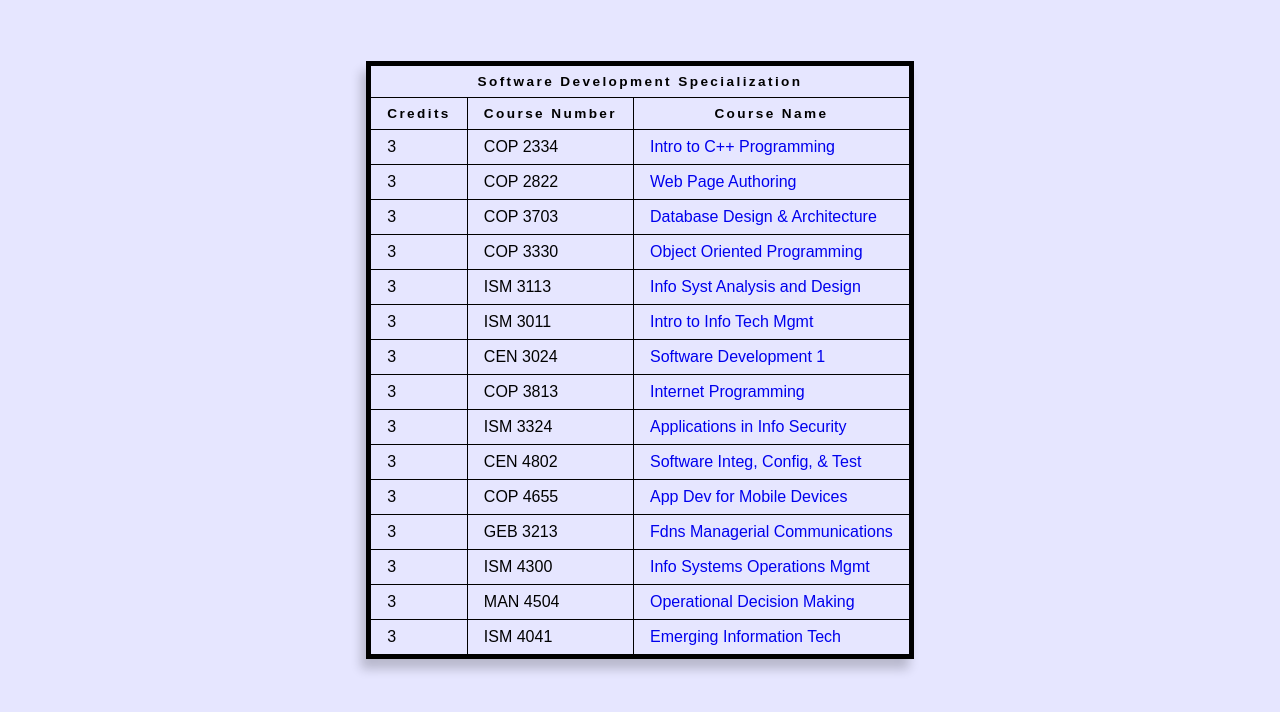
Repository: mlmEFSC21/P5-DegreeTableStyling
Page: FormattedProgramSpecialization3.html
An editor plug-in stored every save of this project. The page is shown before and after the next save, followed by the edit.
The browser window is 1280 px wide. The pictures show the whole page.
Some web fonts or font styles are not loaded; a fallback is used.

Above is the page before, as saved 2022-02-07 15:38:39.

### FormattedProgramSpecialization3.html
<!DOCTYPE html>
<html lang="en">
    <head>
        <meta charset="UTF-8" />
        <meta http-equiv="X-UA-Compatible" content="IE=edge" />
        <meta name="viewport" content="width=device-width, initial-scale=1.0" />
        <link rel="stylesheet" href="tableStyles.css" />
        <title>Degree Specialization Table</title>
    </head>
    <body>
        <table>
            <thead>
                <tr class="tableTitle">
                    <th colspan="3">Software Development Specialization</th>
                </tr>
                <tr class="colTitles">
                    <th>Credits</th>
                    <th>Course Number</th>
                    <th>Course Name</th>
                </tr>
            </thead>
            <tbody>
                <tr>
                    <td>3</td>
                    <td>COP 2334</td>
                    <td>
                        <a
                            href="https://bannerweb.easternflorida.edu/prod/bwckctlg.p_disp_course_detail?cat_term_in=202210&subj_code_in=COP&crse_numb_in=2334"
                            >Intro to C++ Programming</a
                        >
                    </td>
                </tr>
                <tr>
                    <td>3</td>
                    <td>COP 2822</td>
                    <td>
                        <a
                            href="https://bannerweb.easternflorida.edu/prod/bwckctlg.p_disp_course_detail?cat_term_in=202210&subj_code_in=COP&crse_numb_in=2822"
                            >Web Page Authoring</a
                        >
                    </td>
                </tr>
                <tr>
                    <td>3</td>
                    <td>COP 3703</td>
                    <td>
                        <a
                            href="https://bannerweb.easternflorida.edu/prod/bwckctlg.p_disp_course_detail?cat_term_in=202210&subj_code_in=COP&crse_numb_in=3703"
                            >Database Design & Architecture</a
                        >
                    </td>
                </tr>
                <tr>
                    <td>3</td>
                    <td>COP 3330</td>
                    <td>
                        <a
                            href="https://bannerweb.easternflorida.edu/prod/bwckctlg.p_disp_course_detail?cat_term_in=202210&subj_code_in=COP&crse_numb_in=3330"
                            >Object Oriented Programming</a
                        >
                    </td>
                </tr>
                <tr>
                    <td>3</td>
                    <td>ISM 3113</td>
                    <td>
                        <a
                            href="https://bannerweb.easternflorida.edu/prod/bwckctlg.p_disp_course_detail?cat_term_in=202210&subj_code_in=ISM&crse_numb_in=3113"
                            >Info Syst Analysis and Design</a
                        >
                    </td>
                </tr>
                <tr>
                    <td>3</td>
                    <td>ISM 3011</td>
                    <td>
                        <a
                            href="https://bannerweb.easternflorida.edu/prod/bwckctlg.p_disp_course_detail?cat_term_in=202210&subj_code_in=ISM&crse_numb_in=3011"
                            >Intro to Info Tech Mgmt</a
                        >
                    </td>
                </tr>
                <tr>
                    <td>3</td>
                    <td>CEN 3024</td>
                    <td>
                        <a
                            href="https://bannerweb.easternflorida.edu/prod/bwckctlg.p_disp_course_detail?cat_term_in=202210&subj_code_in=CEN&crse_numb_in=3024"
                            >Software Development 1</a
                        >
                    </td>
                </tr>
                <tr>
                    <td>3</td>
                    <td>COP 3813</td>
                    <td>
                        <a
                            href="https://bannerweb.easternflorida.edu/prod/bwckctlg.p_disp_course_detail?cat_term_in=202210&subj_code_in=COP&crse_numb_in=3813"
                            >Internet Programming</a
                        >
                    </td>
                </tr>
                <tr>
                    <td>3</td>
                    <td>ISM 3324</td>
                    <td>
                        <a
                            href="https://bannerweb.easternflorida.edu/prod/bwckctlg.p_disp_course_detail?cat_term_in=202210&subj_code_in=ISM&crse_numb_in=3324"
                            >Applications in Info Security</a
                        >
                    </td>
                </tr>
                <tr>
                    <td>3</td>
                    <td>CEN 4802</td>
                    <td>
                        <a
                            href="https://bannerweb.easternflorida.edu/prod/bwckctlg.p_disp_course_detail?cat_term_in=202210&subj_code_in=CEN&crse_numb_in=4802"
                            >Software Integ, Config, & Test</a
                        >
                    </td>
                </tr>
                <tr>
                    <td>3</td>
                    <td>COP 4655</td>
                    <td>
                        <a
                            href="https://bannerweb.easternflorida.edu/prod/bwckctlg.p_disp_course_detail?cat_term_in=202210&subj_code_in=COP&crse_numb_in=4655"
                            >App Dev for Mobile Devices</a
                        >
                    </td>
                </tr>
                <tr>
                    <td>3</td>
                    <td>GEB 3213</td>
                    <td>
                        <a
                            href="https://bannerweb.easternflorida.edu/prod/bwckctlg.p_disp_course_detail?cat_term_in=202210&subj_code_in=GEB&crse_numb_in=3213"
                            >Fdns Managerial Communications</a
                        >
                    </td>
                </tr>
                <tr>
                    <td>3</td>
                    <td>ISM 4300</td>
                    <td>
                        <a
                            href="https://bannerweb.easternflorida.edu/prod/bwckctlg.p_disp_course_detail?cat_term_in=202210&subj_code_in=ISM&crse_numb_in=4300"
                            >Info Systems Operations Mgmt</a
                        >
                    </td>
                </tr>
                <tr>
                    <td>3</td>
                    <td>MAN 4504</td>
                    <td>
                        <a
                            href="https://bannerweb.easternflorida.edu/prod/bwckctlg.p_disp_course_detail?cat_term_in=202210&subj_code_in=MAN&crse_numb_in=4504"
                            >Operational Decision Making</a
                        >
                    </td>
                </tr>
                <tr>
                    <td>3</td>
                    <td>ISM 4041</td>
                    <td>
                        <a
                            href="https://bannerweb.easternflorida.edu/prod/bwckctlg.p_disp_course_detail?cat_term_in=202210&subj_code_in=ISM&crse_numb_in=4041"
                            >Emerging Information Tech</a
                        >
                    </td>
                </tr>
            </tbody>
        </table>
    </body>
</html>

### tableStyles.css
@import url("https://fonts.googleapis.com/css2?family=Spectral:wght@400&display=swap");

:root {
    --clr-prime: #003c5e;
    --clr-second: #1a2028;
    --clr-accent: #8fb500;
    --clr-font-prime: #5b8ead;
    --clr-font-second: black;
    --clr-background: #e6e6ff;
}
*,
*::before,
*::after {
    margin: 0;
    padding: 0;
    box-sizing: border-box;
}
body {
    font-family: Spectral, sans-serif;
    height: 100vh;
    display: grid;
    align-items: center;
    justify-content: center;
    background-color: var(--clr-background);
}
caption {
    letter-spacing: 0.15rem;
    font-weight: 900;
}
table {
    border-collapse: collapse;
    box-shadow: -5px 10px 10px rgba(0, 0, 0, 0.2);
    border: 5px solid black;
    padding: 0.25rem;
}
thead {
    letter-spacing: 0.15rem;
    font-size: 0.85rem;
    font-weight: 900;
}
th:first-child {
    font-size: 36;
    font-weight: bold;
    text-align: center;
}
th {
    border: 1px solid black;
    padding: 0.5rem 1rem;
    font-size: 36;
    font-weight: bold;
    text-align: center;
}
td {
    border: 1px solid black;
    padding: 0.5rem 1rem;
    align-items: center;
    justify-content: center;
}
a {
    text-decoration: none;
}
a:hover {
    color: var(--clr-prime);
    text-decoration: underline;
}

After the next save:
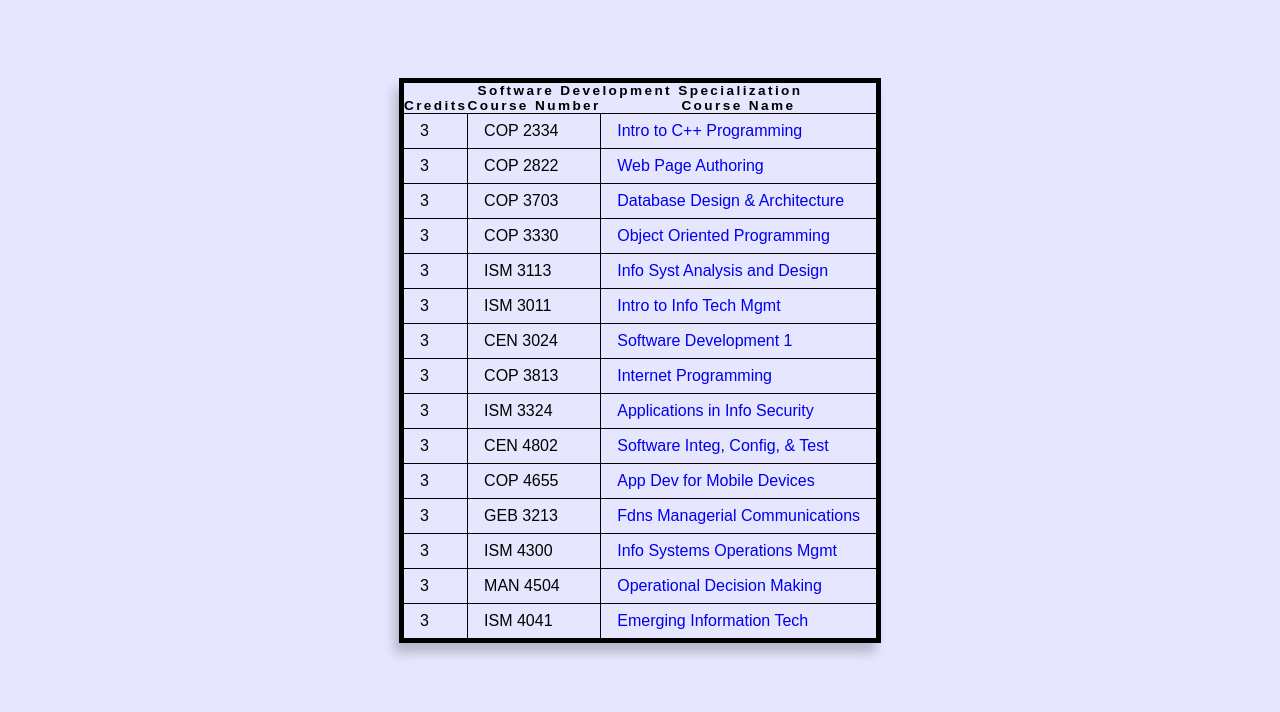
Saved 16 s later.
--- a/tableStyles.css
+++ b/tableStyles.css
@@ -38,7 +38,7 @@
     font-size: 0.85rem;
     font-weight: 900;
 }
-th:first-child {
+/* th:first-child {
     font-size: 36;
     font-weight: bold;
     text-align: center;
@@ -49,7 +49,7 @@
     font-size: 36;
     font-weight: bold;
     text-align: center;
-}
+} */
 td {
     border: 1px solid black;
     padding: 0.5rem 1rem;

After the save that followed:
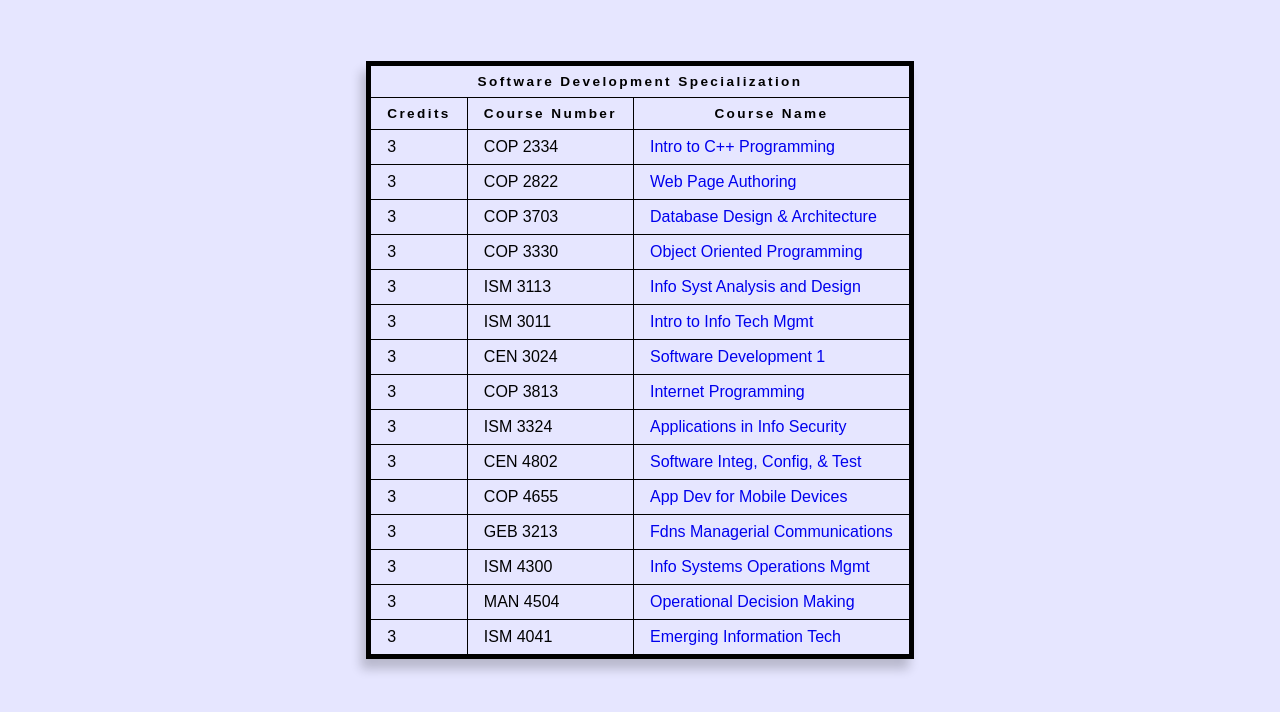
Saved 11 s later.
--- a/tableStyles.css
+++ b/tableStyles.css
@@ -38,7 +38,7 @@
     font-size: 0.85rem;
     font-weight: 900;
 }
-/* th:first-child {
+th:first-child {
     font-size: 36;
     font-weight: bold;
     text-align: center;
@@ -49,7 +49,7 @@
     font-size: 36;
     font-weight: bold;
     text-align: center;
-} */
+}
 td {
     border: 1px solid black;
     padding: 0.5rem 1rem;
